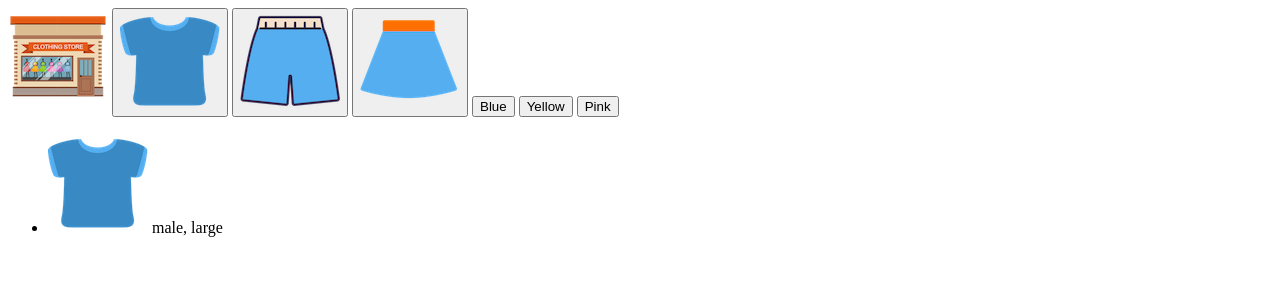
Repository: GoodHoneyCake/Dream_Coding_Academy1
Page: index.html
These files come from the project's save history. The page is drawn as it stood at one moment and after the next save; the edit follows.
The browser window is 1280 px wide. The pictures show the whole page.

Above is the page before, as saved 2021-01-06 15:58:57.

After the next save:
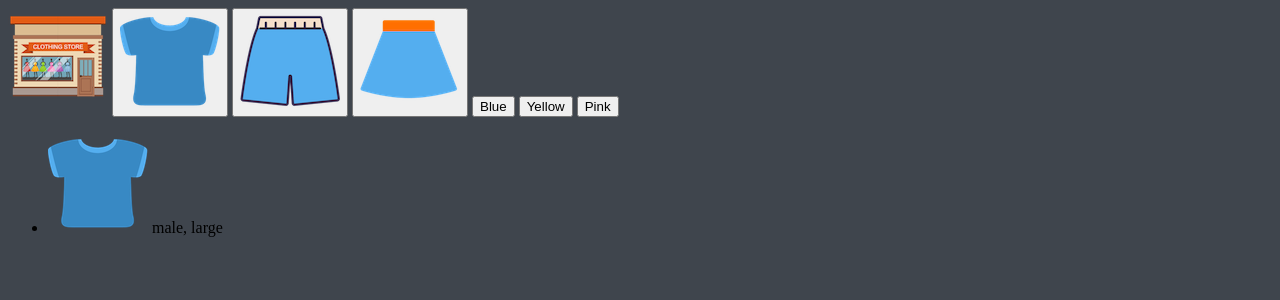
Saved 10 min 8 s later.
--- a/style.css
+++ b/style.css
@@ -11,3 +11,7 @@
 * {
   box-sizing: border-box;
 }
+
+body {
+  background-color: var(--color-black);
+}
